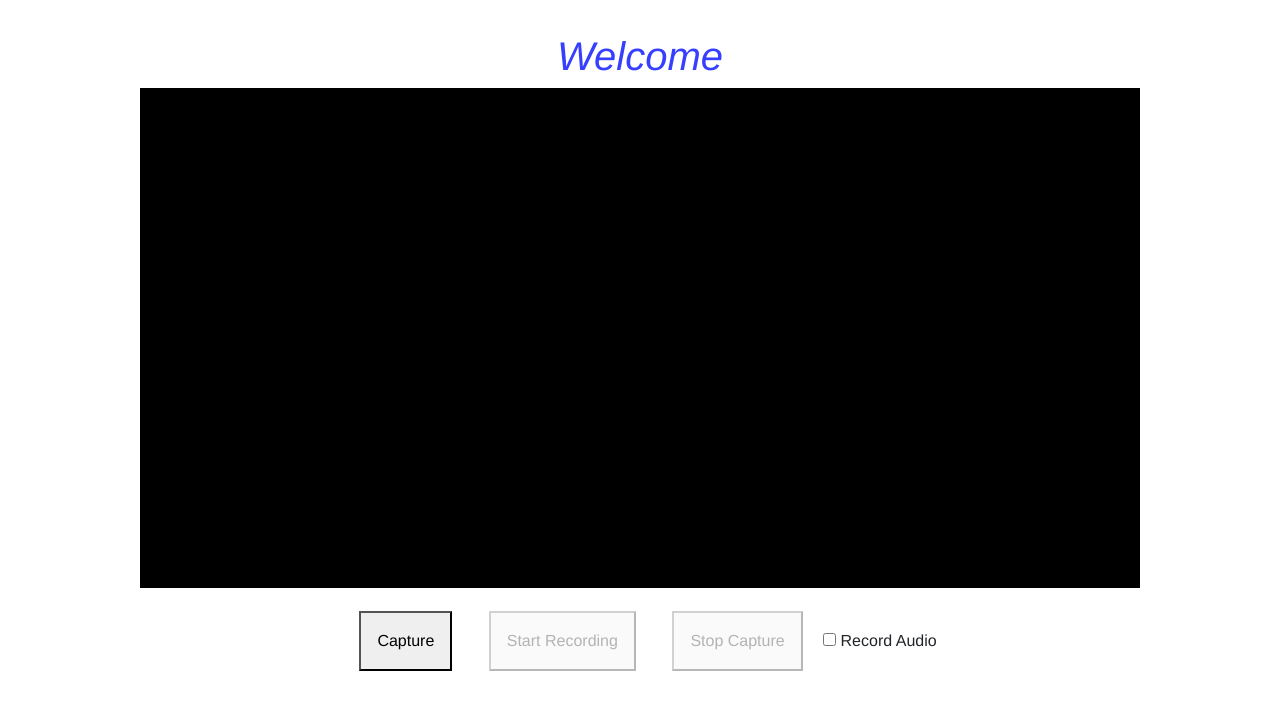
Repository: santiljanomalaj/recording_youtube
Page: index.html
These files come from the project's save history. The page is drawn as it stood at one moment and after the next save; the edit follows.
The browser window is 1280 px wide. The pictures show the whole page.

Above is the page before, as saved 2020-04-29 18:07:46.

### index.html
<!DOCTYPE html>
<html lang="en">
  <head>
    <title>Simple Screen Record!</title>
    <meta charset="utf-8" />
    <meta http-equiv="X-UA-Compatible" content="IE=edge" />
    <meta name="viewport" content="width=device-width, initial-scale=1" />

    <link
      rel="stylesheet"
      href="https://maxcdn.bootstrapcdn.com/bootstrap/4.4.1/css/bootstrap.min.css"
    />
    <link rel="stylesheet" href="/style.css" />

    <script src="comlink.js"></script>
    <script src="https://ajax.googleapis.com/ajax/libs/jquery/3.4.1/jquery.min.js"></script>
    <script src="https://cdnjs.cloudflare.com/ajax/libs/popper.js/1.16.0/umd/popper.min.js"></script>
    <script src="https://maxcdn.bootstrapcdn.com/bootstrap/4.4.1/js/bootstrap.min.js"></script>
    <script>
      //   if (location.protocol !== "https:") location.protocol = "https:";
    </script>
    <!-- import the webpage's stylesheet -->
  </head>
  <body>
    <center>
      <h1>Welcome</h1>
      <p id="warning">
        Enable chrome://flags/#enable-experimental-web-platform-features
      </p>
      <video
        style="background-color: black; width: 1000px; height: 500px;"
        id="videoElement"
        autoplay
      ></video>
      <br />
      <button id="captureBtn">Capture</button>
      <button id="startBtn" disabled>Start Recording</button>
      <button id="stopBtn" disabled>Stop Capture</button>
      <input type="checkbox" id="audioToggle" />
      <label for="audioToggle">Record Audio</label>
      <a class="btn btn-primary" id="download" href="#" style="display: none;"
        >Download</a
      >
      <a
        type="button"
        class="btn btn-primary"
        id="trim"
        href="https://video-cut.glitch.me/"
        style="display: none;"
        target="trim"
        >Trim Video</a
      >
      <a
        type="button"
        class="btn btn-primary"
        id="convert"
        href="https://convert-to-mp4.glitch.me/"
        style="display: none;"
        target="convert"
        >Convert to MP4</a
      >
    </center>
    <script>
      if ("getDisplayMedia" in navigator.mediaDevices)
        warning.style.display = "none";

      let blobs;
      let blob;
      let rec;
      let stream;

      captureBtn.onclick = async () => {
        trim.style.display = "none";
        convert.style.display = "none";
        download.style.display = "none";
        let audio = audioToggle.checked || false;

        stream = await navigator.mediaDevices.getDisplayMedia({
          video: true,
          audio: audio,
        });
        stream
          .getVideoTracks()
          .forEach((track) => (track.contentHint = "text"));
        videoElement.srcObject = stream;
        let opts = { mimeType: "video/webm; codecs=h264" };
        blobs = [];
        rec = new MediaRecorder(stream, opts);
        rec.ondataavailable = (e) => blobs.push(e.data);
        rec.onstop = () => {
          blob = new Blob(blobs, { type: "video/mp4" });
          let url = window.URL.createObjectURL(blob);
          download.href = url;
          download.download = "test.mp4";
          download.style.display = "block";
          trim.style.display = "block";
          convert.style.display = "block";
        };
        startBtn.disabled = false;
        captureBtn.disabled = true;
        audioToggle.disabled = true;
      };

      startBtn.onclick = () => {
        startBtn.disabled = true;
        stopBtn.disabled = false;
        rec.start();
      };

      stopBtn.onclick = () => {
        captureBtn.disabled = false;
        startBtn.disabled = true;
        stopBtn.disabled = true;
        audioToggle.disabled = false;
        rec.stop();
        stream.getTracks().forEach((s) => s.stop());
        videoElement.srcObject = null;
        stream = null;
      };

      trim.onclick = async (event) => {
        event.preventDefault();
        let cutWindow = window.open(event.target.href);
        let start = Comlink.proxy(cutWindow);
        setTimeout(async () => {
          let result = await start(
            new File([blob], "test.webm", { type: "video/webm" }),
            "00:00:00"
          );
        }, 1000);
      };

      convert.onclick = async (event) => {
        event.preventDefault();
        let convertWindow = window.open(event.target.href);
        let start = Comlink.proxy(convertWindow);
        setTimeout(async () => {
          let result = await start(
            new File([blob], "test.webm", { type: "video/webm" })
          );
        }, 1000);
      };
    </script>
  </body>
</html>

### style.css
/* CSS files add styling rules to your content */

body {
  font-family: "Benton Sans", "Helvetica Neue", helvetica, arial, sans-serif;
  margin: 2em;
}

h1 {
  font-style: italic;
  color: #373fff;
}

video {
  width: 1000px;
  height: 1000px;
}

button {
  margin: 1em;
  padding: 1em;
}

a {
  color: blue;
}

### comlink.js
/**
 * Copyright 2017 Google Inc. All Rights Reserved.
 * Licensed under the Apache License, Version 2.0 (the "License");
 * you may not use this file except in compliance with the License.
 * You may obtain a copy of the License at
 *     http://www.apache.org/licenses/LICENSE-2.0
 * Unless required by applicable law or agreed to in writing, software
 * distributed under the License is distributed on an "AS IS" BASIS,
 * WITHOUT WARRANTIES OR CONDITIONS OF ANY KIND, either express or implied.
 * See the License for the specific language governing permissions and
 * limitations under the License.
 */
(function (factory) {
  if (typeof module === "object" && typeof module.exports === "object") {
    var v = factory(require, exports);
    if (v !== undefined) module.exports = v;
  } else if (typeof define === "function" && define.amd) {
    define(["require", "exports"], factory);
  } else {
    factory([], (self.Comlink = {}));
  }
})(function (require, exports) {
  "use strict";
  Object.defineProperty(exports, "__esModule", { value: true });
  const TRANSFERABLE_TYPES = [ArrayBuffer, MessagePort];
  const uid = Math.floor(Math.random() * Number.MAX_SAFE_INTEGER);
  const proxyValueSymbol = Symbol("proxyValue");
  const throwSymbol = Symbol("throw");
  const proxyTransferHandler = {
    canHandle: (obj) => obj && obj[proxyValueSymbol],
    serialize: (obj) => {
      const { port1, port2 } = new MessageChannel();
      expose(obj, port1);
      return port2;
    },
    deserialize: (obj) => {
      return proxy(obj);
    },
  };
  const throwTransferHandler = {
    canHandle: (obj) => obj && obj[throwSymbol],
    serialize: (obj) => obj.toString() + "\n" + obj.stack,
    deserialize: (obj) => {
      throw Error(obj);
    },
  };
  exports.transferHandlers = new Map([
    ["PROXY", proxyTransferHandler],
    ["THROW", throwTransferHandler],
  ]);
  let pingPongMessageCounter = 0;
  function proxy(endpoint, target) {
    if (isWindow(endpoint)) endpoint = windowEndpoint(endpoint);
    if (!isEndpoint(endpoint))
      throw Error(
        "endpoint does not have all of addEventListener, removeEventListener and postMessage defined"
      );
    activateEndpoint(endpoint);
    return cbProxy(
      async (irequest) => {
        let args = [];
        if (irequest.type === "APPLY" || irequest.type === "CONSTRUCT")
          args = irequest.argumentsList.map(wrapValue);
        const response = await pingPongMessage(
          endpoint,
          Object.assign({}, irequest, { argumentsList: args }),
          transferableProperties(args)
        );
        const result = response.data;
        return unwrapValue(result.value);
      },
      [],
      target
    );
  }
  exports.proxy = proxy;
  function proxyValue(obj) {
    obj[proxyValueSymbol] = true;
    return obj;
  }
  exports.proxyValue = proxyValue;
  function expose(rootObj, endpoint) {
    if (isWindow(endpoint)) endpoint = windowEndpoint(endpoint);
    if (!isEndpoint(endpoint))
      throw Error(
        "endpoint does not have all of addEventListener, removeEventListener and postMessage defined"
      );
    activateEndpoint(endpoint);
    attachMessageHandler(endpoint, async function (event) {
      if (!event.data.id || !event.data.callPath) return;
      const irequest = event.data;
      let that = await irequest.callPath
        .slice(0, -1)
        .reduce((obj, propName) => obj[propName], rootObj);
      let obj = await irequest.callPath.reduce(
        (obj, propName) => obj[propName],
        rootObj
      );
      let iresult = obj;
      let args = [];
      if (irequest.type === "APPLY" || irequest.type === "CONSTRUCT")
        args = irequest.argumentsList.map(unwrapValue);
      if (irequest.type === "APPLY") {
        try {
          iresult = await obj.apply(that, args);
        } catch (e) {
          iresult = e;
          iresult[throwSymbol] = true;
        }
      }
      if (irequest.type === "CONSTRUCT") {
        try {
          iresult = new obj(...args); // eslint-disable-line new-cap
          iresult = proxyValue(iresult);
        } catch (e) {
          iresult = e;
          iresult[throwSymbol] = true;
        }
      }
      if (irequest.type === "SET") {
        obj[irequest.property] = irequest.value;
        // FIXME: ES6 Proxy Handler `set` methods are supposed to return a
        // boolean. To show good will, we return true asynchronously ¯\_(ツ)_/¯
        iresult = true;
      }
      iresult = makeInvocationResult(iresult);
      iresult.id = irequest.id;
      return endpoint.postMessage(iresult, transferableProperties([iresult]));
    });
  }
  exports.expose = expose;
  function wrapValue(arg) {
    // Is arg itself handled by a TransferHandler?
    for (const [key, transferHandler] of exports.transferHandlers) {
      if (transferHandler.canHandle(arg)) {
        return {
          type: key,
          value: transferHandler.serialize(arg),
        };
      }
    }
    // If not, traverse the entire object and find handled values.
    let wrappedChildren = [];
    for (const item of iterateAllProperties(arg)) {
      for (const [key, transferHandler] of exports.transferHandlers) {
        if (transferHandler.canHandle(item.value)) {
          wrappedChildren.push({
            path: item.path,
            wrappedValue: {
              type: key,
              value: transferHandler.serialize(item.value),
            },
          });
        }
      }
    }
    for (const wrappedChild of wrappedChildren) {
      const container = wrappedChild.path
        .slice(0, -1)
        .reduce((obj, key) => obj[key], arg);
      container[wrappedChild.path[wrappedChild.path.length - 1]] = null;
    }
    return {
      type: "RAW",
      value: arg,
      wrappedChildren,
    };
  }
  function unwrapValue(arg) {
    if (exports.transferHandlers.has(arg.type)) {
      const transferHandler = exports.transferHandlers.get(arg.type);
      return transferHandler.deserialize(arg.value);
    } else if (isRawWrappedValue(arg)) {
      for (const wrappedChildValue of arg.wrappedChildren || []) {
        if (!exports.transferHandlers.has(wrappedChildValue.wrappedValue.type))
          throw Error(
            `Unknown value type "${arg.type}" at ${wrappedChildValue.path.join(
              "."
            )}`
          );
        const transferHandler = exports.transferHandlers.get(
          wrappedChildValue.wrappedValue.type
        );
        const newValue = transferHandler.deserialize(
          wrappedChildValue.wrappedValue.value
        );
        replaceValueInObjectAtPath(arg.value, wrappedChildValue.path, newValue);
      }
      return arg.value;
    } else {
      throw Error(`Unknown value type "${arg.type}"`);
    }
  }
  function replaceValueInObjectAtPath(obj, path, newVal) {
    const lastKey = path.slice(-1)[0];
    const lastObj = path.slice(0, -1).reduce((obj, key) => obj[key], obj);
    lastObj[lastKey] = newVal;
  }
  function isRawWrappedValue(arg) {
    return arg.type === "RAW";
  }
  function windowEndpoint(w) {
    if (self.constructor.name !== "Window") throw Error("self is not a window");
    return {
      addEventListener: self.addEventListener.bind(self),
      removeEventListener: self.removeEventListener.bind(self),
      postMessage: (msg, transfer) => w.postMessage(msg, "*", transfer),
    };
  }
  function isEndpoint(endpoint) {
    return (
      "addEventListener" in endpoint &&
      "removeEventListener" in endpoint &&
      "postMessage" in endpoint
    );
  }
  function activateEndpoint(endpoint) {
    if (isMessagePort(endpoint)) endpoint.start();
  }
  function attachMessageHandler(endpoint, f) {
    // Checking all possible types of `endpoint` manually satisfies TypeScript’s
    // type checker. Not sure why the inference is failing here. Since it’s
    // unnecessary code I’m going to resort to `any` for now.
    // if(isWorker(endpoint))
    //   endpoint.addEventListener('message', f);
    // if(isMessagePort(endpoint))
    //   endpoint.addEventListener('message', f);
    // if(isOtherWindow(endpoint))
    //   endpoint.addEventListener('message', f);
    endpoint.addEventListener("message", f);
  }
  function detachMessageHandler(endpoint, f) {
    // Same as above.
    endpoint.removeEventListener("message", f);
  }
  function isMessagePort(endpoint) {
    return endpoint.constructor.name === "MessagePort";
  }
  function isWindow(endpoint) {
    // TODO: This doesn’t work on cross-origin iframes.
    // return endpoint.constructor.name === 'Window';
    return ["window", "length", "location", "parent", "opener"].every(
      (prop) => prop in endpoint
    );
  }
  /**
   * `pingPongMessage` sends a `postMessage` and waits for a reply. Replies are
   * identified by a unique id that is attached to the payload.
   */
  function pingPongMessage(endpoint, msg, transferables) {
    const id = `${uid}-${pingPongMessageCounter++}`;
    return new Promise((resolve) => {
      attachMessageHandler(endpoint, function handler(event) {
        if (event.data.id !== id) return;
        detachMessageHandler(endpoint, handler);
        resolve(event);
      });
      // Copy msg and add `id` property
      msg = Object.assign({}, msg, { id });
      endpoint.postMessage(msg, transferables);
    });
  }
  function cbProxy(cb, callPath = [], target = function () {}) {
    return new Proxy(target, {
      construct(_target, argumentsList, proxy) {
        return cb({
          type: "CONSTRUCT",
          callPath,
          argumentsList,
        });
      },
      apply(_target, _thisArg, argumentsList) {
        // We use `bind` as an indicator to have a remote function bound locally.
        // The actual target for `bind()` is currently ignored.
        if (callPath[callPath.length - 1] === "bind")
          return cbProxy(cb, callPath.slice(0, -1));
        return cb({
          type: "APPLY",
          callPath,
          argumentsList,
        });
      },
      get(_target, property, proxy) {
        if (property === "then" && callPath.length === 0) {
          return { then: () => proxy };
        } else if (property === "then") {
          const r = cb({
            type: "GET",
            callPath,
          });
          return Promise.resolve(r).then.bind(r);
        } else {
          return cbProxy(cb, callPath.concat(property), _target[property]);
        }
      },
      set(_target, property, value, _proxy) {
        return cb({
          type: "SET",
          callPath,
          property,
          value,
        });
      },
    });
  }
  function isTransferable(thing) {
    return TRANSFERABLE_TYPES.some((type) => thing instanceof type);
  }
  function* iterateAllProperties(value, path = [], visited = null) {
    if (!value) return;
    if (!visited) visited = new WeakSet();
    if (visited.has(value)) return;
    if (typeof value === "string") return;
    if (typeof value === "object") visited.add(value);
    if (ArrayBuffer.isView(value)) return;
    yield { value, path };
    const keys = Object.keys(value);
    for (const key of keys)
      yield* iterateAllProperties(value[key], [...path, key], visited);
  }
  function transferableProperties(obj) {
    const r = [];
    for (const prop of iterateAllProperties(obj)) {
      if (isTransferable(prop.value)) r.push(prop.value);
    }
    return r;
  }
  function makeInvocationResult(obj) {
    for (const [type, transferHandler] of exports.transferHandlers) {
      if (transferHandler.canHandle(obj)) {
        const value = transferHandler.serialize(obj);
        return {
          value: { type, value },
        };
      }
    }
    return {
      value: {
        type: "RAW",
        value: obj,
      },
    };
  }
});

After the next save:
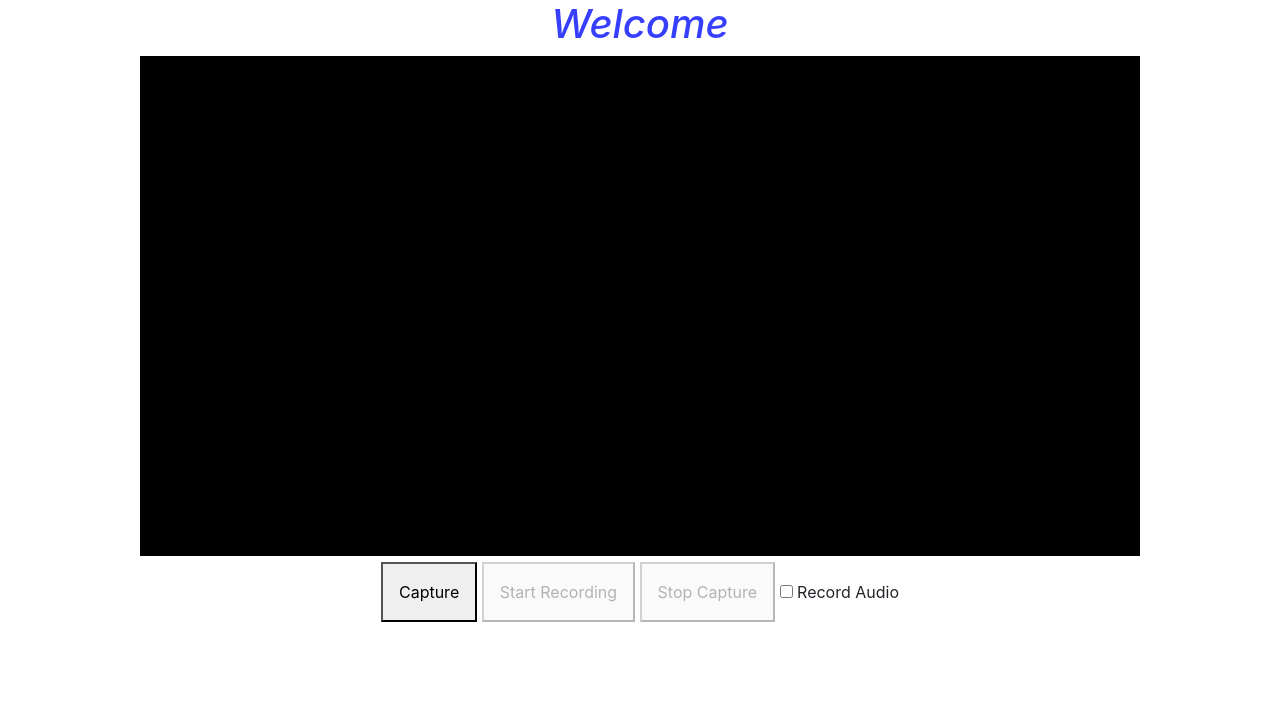
Saved 2 min 14 s later.
--- a/index.html
+++ b/index.html
@@ -6,16 +6,12 @@
     <meta http-equiv="X-UA-Compatible" content="IE=edge" />
     <meta name="viewport" content="width=device-width, initial-scale=1" />
 
+    <link rel="stylesheet" href="/style.css" />
     <link
       rel="stylesheet"
       href="https://maxcdn.bootstrapcdn.com/bootstrap/4.4.1/css/bootstrap.min.css"
     />
-    <link rel="stylesheet" href="/style.css" />
 
-    <script src="comlink.js"></script>
-    <script src="https://ajax.googleapis.com/ajax/libs/jquery/3.4.1/jquery.min.js"></script>
-    <script src="https://cdnjs.cloudflare.com/ajax/libs/popper.js/1.16.0/umd/popper.min.js"></script>
-    <script src="https://maxcdn.bootstrapcdn.com/bootstrap/4.4.1/js/bootstrap.min.js"></script>
     <script>
       //   if (location.protocol !== "https:") location.protocol = "https:";
     </script>
@@ -60,6 +56,12 @@
         >Convert to MP4</a
       >
     </center>
+
+    <script src="comlink.js"></script>
+    <script src="https://ajax.googleapis.com/ajax/libs/jquery/3.4.1/jquery.min.js"></script>
+    <script src="https://cdnjs.cloudflare.com/ajax/libs/popper.js/1.16.0/umd/popper.min.js"></script>
+    <script src="https://maxcdn.bootstrapcdn.com/bootstrap/4.4.1/js/bootstrap.min.js"></script>
+
     <script>
       if ("getDisplayMedia" in navigator.mediaDevices)
         warning.style.display = "none";
